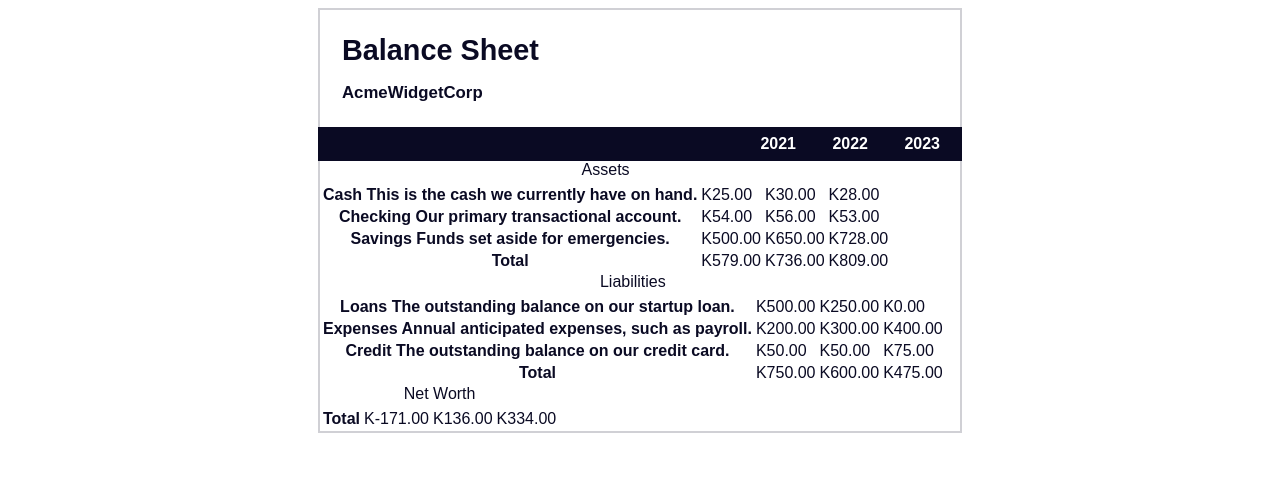
Repository: Lungdjos/balance_shee
Page: index.html
An editor plug-in stored every save of this project. The page is shown before and after a run of saves, followed by the edit.
The browser window is 1280 px wide. The pictures show the whole page.

Above is the page before, as saved 2023-11-04 22:01:57.

### index.html
<!DOCTYPE html>
<html lang="en">

<head>
    <meta charset="UTF-8">
    <meta name="viewport" content="width=device-width, initial-scale=1.0">
    <title>Balance Sheet</title>
    <link rel="stylesheet" href="styles.css">
</head>

<body>
    <main>
        <section>
            <h1>
                <span class="flex">
                <span>AcmeWidgetCorp</span>
                <span>Balance Sheet</span>
                </span>
            </h1>
            <div id="years" aria-hidden="true">
                <span class="year">2021</span>
                <span class="year">2022</span>
                <span class="year">2023</span>
            </div>
            <div class="table-wrap">
                <table>
                    <caption>Assets</caption>
                    <thead>
                        <tr>
                            <td></td>
                            <th><span class="sr-only year">2021</span></th>
                            <th><span class="sr-only year">2022</span></th>
                            <th class="current"><span class="sr-only year">2023</span></th>
                        </tr>
                    </thead>
                    <tbody>
                        <tr class="data">
                            <th>
                                Cash <span class="description">This is the cash we currently have on hand.</span>
                            </th>
                            <td>K25.00</td>
                            <td>K30.00</td>
                            <td class="current">K28.00</td>
                        </tr>
                        <tr class="data">
                            <th>
                                Checking <span class="description">Our primary transactional account.</span>
                            </th>
                            <td>K54.00</td>
                            <td>K56.00</td>
                            <td class="current">K53.00</td>
                        </tr>
                        <tr class="data">
                            <th>
                                Savings <span class="description">Funds set aside for emergencies.</span>
                            </th>
                            <td>K500.00</td>
                            <td>K650.00</td>
                            <td class="current">K728.00</td>
                        </tr>
                        <tr class="total">
                            <th>
                                Total <span class="sr-only">Assets</span>
                            </th>
                            <td>K579.00</td>
                            <td>K736.00</td>
                            <td class="current">K809.00</td>
                        </tr>
                    </tbody>
                </table>
                <table>
                    <caption>Liabilities</caption>
                    <thead>
                        <tr>
                            <td></td>
                            <th><span class="sr-only">2021</span></th>
                            <th><span class="sr-only">2022</span></th>
                            <th><span class="sr-only">2023</span></th>
                        </tr>
                    </thead>
                    <tbody>
                        <tr class="data">
                            <th>
                                Loans <span class="description">The outstanding balance on our startup loan.</span>
                            </th>
                            <td>K500.00</td>
                            <td>K250.00</td>
                            <td class="current">K0.00</td>
                        </tr>
                        <tr class="data">
                            <th>
                                Expenses <span class="description">Annual anticipated expenses, such as payroll.</span>
                            </th>
                            <td>K200.00</td>
                            <td>K300.00</td>
                            <td class="current">K400.00</td>
                        </tr>
                        <tr class="data">
                            <th>
                                Credit <span class="description">The outstanding balance on our credit card.</span>
                            </th>
                            <td>K50.00</td>
                            <td>K50.00</td>
                            <td class="current">K75.00</td>
                        </tr>
                        <tr class="total">
                            <th>
                                Total <span class="sr-only">Liabilities</span>
                            </th>
                            <td>K750.00</td>
                            <td>K600.00</td>
                            <td class="current">K475.00</td>
                        </tr>
                    </tbody>
                </table>
                <table>
                    <caption>Net Worth</caption>
                    <thead>
                        <tr>
                            <td></td>
                            <th><span class="sr-only">2021</span></th>
                            <th><span class="sr-only">2022</span></th>
                            <th><span class="sr-only">2023</span></th>
                        </tr>
                    </thead>
                    <tbody>
                        <tr class="total">
                            <th>
                                Total <span class="sr-only">Net Worth</span>
                            </th>
                            <td>K-171.00</td>
                            <td>K136.00</td>
                            <td class="current">K334.00</td>
                        </tr>
                    </tbody>
                </table>
            </div>
        </section>
    </main>
</body>

</html>

</html>

</html>

### styles.css
/* general styling */

html {
    box-sizing: border-box;
}

body {
    font-family: sans-serif;
    color: #0a0a23;
}

span[class~="sr-only"] {
    border: 0;
    clip: rect(1px, 1px, 1px, 1px);
    clip-path: inset(50%);
    width: 1px;
    height: 1px;
    overflow: hidden;
    white-space: nowrap;
    position: absolute;
    padding: 0;
    margin: 1px;
}


/* table styling */

h1 {
    max-width: 37.25rem;
    margin: 0 auto;
    padding: 1.5rem 1.25rem;
}

h1 .flex {
    display: flex;
    flex-direction: column-reverse;
    gap: 1rem;
}

h1 .flex span:first-of-type {
    font-size: .7em;
}

h1 .flex span:last-of-type {
    font-size: 1.2em;
}

section {
    max-width: 40rem;
    margin: 0 auto;
    border: 2px solid #d0d0d5;
}

#years {
    position: sticky;
    top: 0;
    display: flex;
    justify-content: flex-end;
    color: #fff;
    background: #0a0a23;
    margin: 0 -2px;
    padding: .5rem calc(1.25rem + 2px) .5rem 0;
    z-index: 999;
}

#years span[class] {
    font-weight: bold;
    width: 4.5rem;
    text-align: right;
}

.table-wrap {
    padding: ;
}

After the next 3 saves:
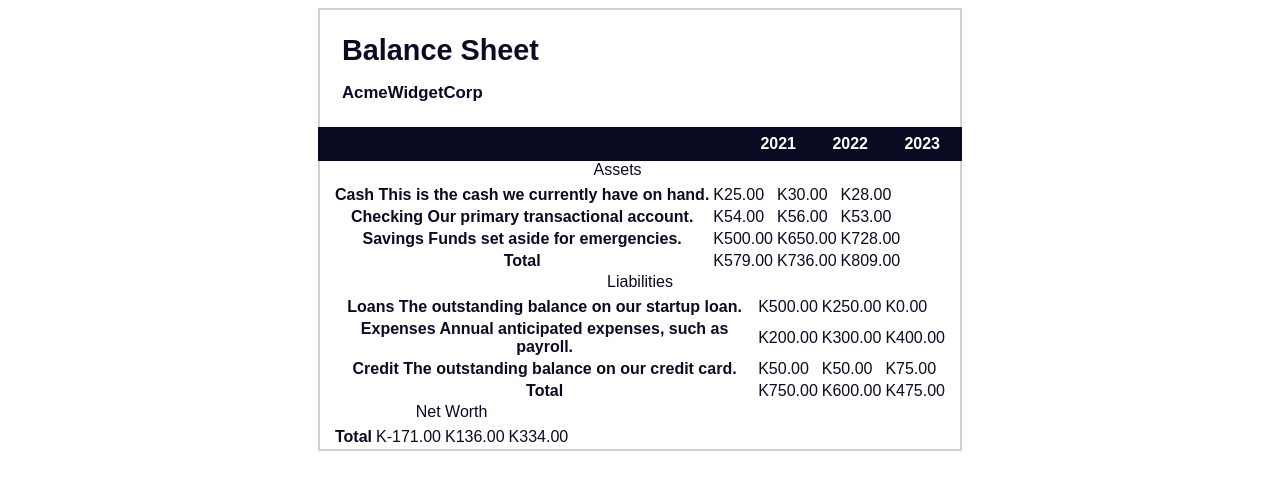
The 3 saves are shown as one change because they came seconds apart.
The last was saved 14 s later.
--- a/styles.css
+++ b/styles.css
@@ -70,5 +70,5 @@ section {
 }
 
 .table-wrap {
-    padding: ;
+    padding: 0 .75rem;
 }
